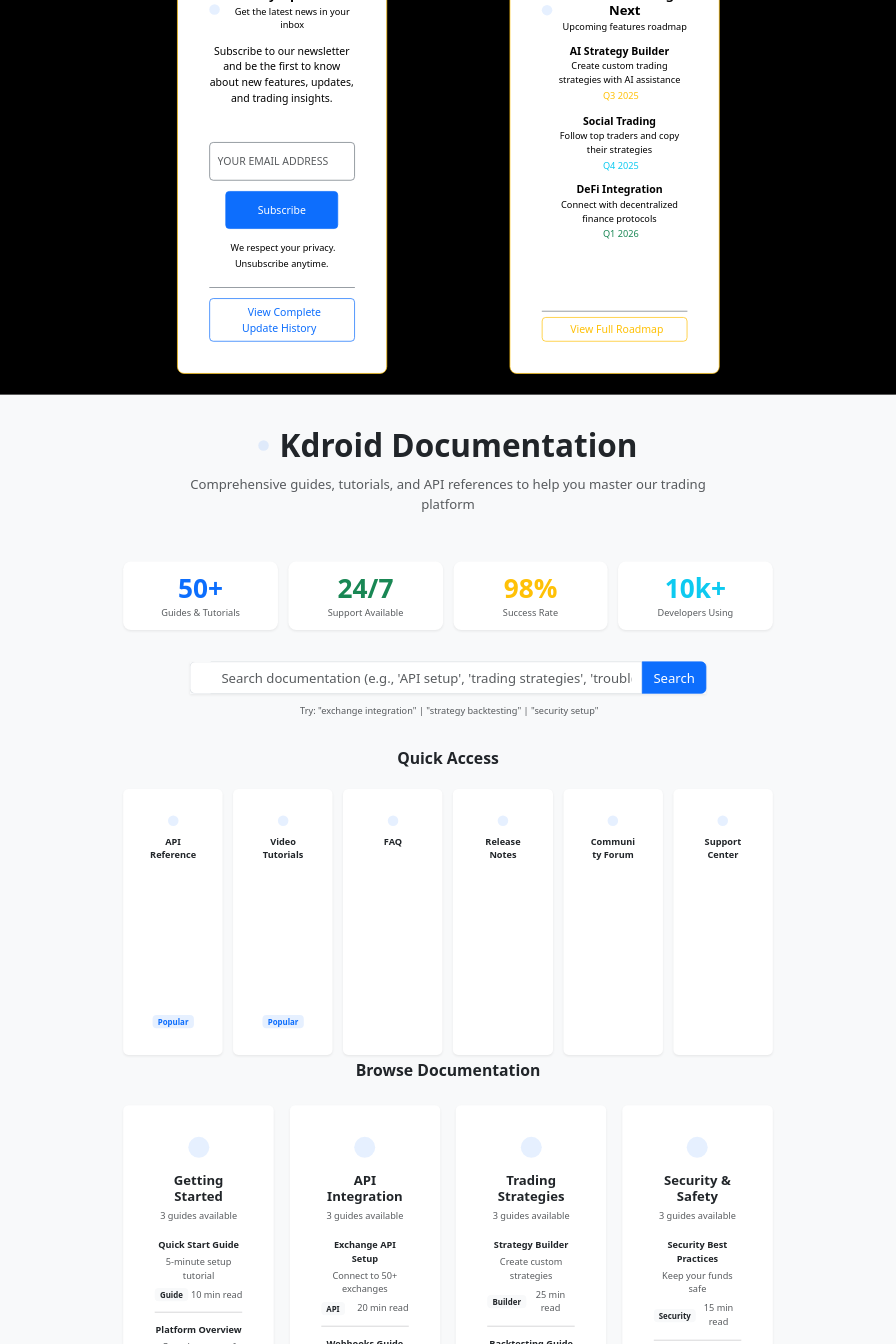
Repository: Kevin-Pro-Codes/halo-trading
Page: /
An editor plug-in stored every save of this project. The page is shown before and after the next save, followed by the edit.
The browser window is 1280 px wide. The pictures show the part of the page from y = 4580 to 6500 px (the page is 19399 px tall), at 70% of full size.
The page's requests for data from a server got no answer. The project was rebuilt for these pictures with package versions that can differ from the ones it lists, and the page was loaded fresh each time. Some packages were replaced by stand-ins written for this rebuild. No one was signed in, and anything a server would have sent is missing. Also part of the build but not shown: vite.config.js, src/styles/DocStyle.css, src/styles/PricingStyle.css.

Above is the page before, as saved 2025-12-09 22:56:23.

After the next save:
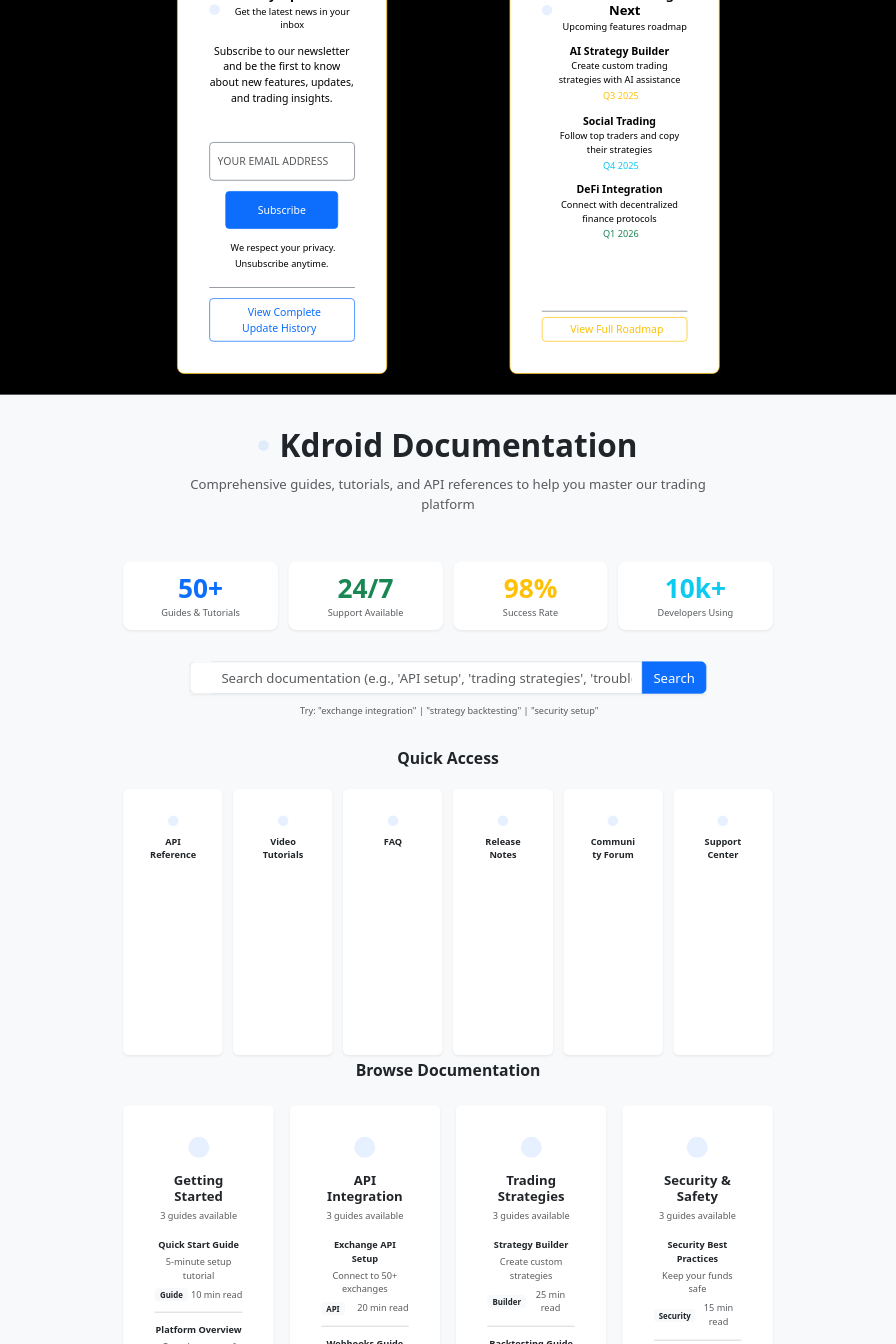
Saved 11 s later.
--- a/src/components/DocSection.jsx
+++ b/src/components/DocSection.jsx
@@ -176,9 +176,7 @@ const DocSection = () => {
                   <div className="fw-bold small">{link.title}</div>
                 </div>
                 <div className="mt-2"> {/* Fixed height for badge area */}
-                  {link.popular && (
-                    <span className="badge bg-primary bg-opacity-10 text-primary small">Popular</span>
-                  )}
+
                 </div>
               </div>
             </div>
